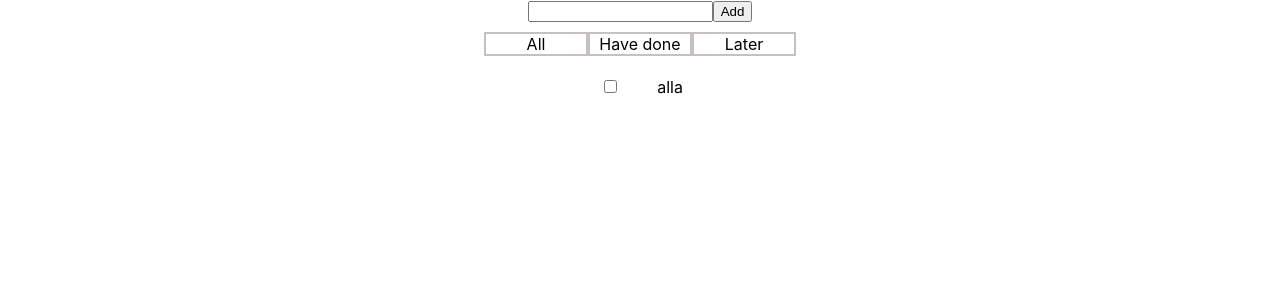
Repository: yurensmile/todolist
Page: /
These files come from the project's save history. The page is drawn as it stood at one moment and after the next save; the edit follows.
The browser window is 1280 px wide. The pictures show the whole page.
The project was rebuilt for these pictures with package versions that can differ from the ones it lists, and the page was loaded fresh each time. Also part of the build but not shown: src/HaveDone.js, src/Later.js.

Above is the page before, as saved 2019-03-20 10:17:24.

### src/App.js
import React, { Component } from 'react';
import Todos from './Todos'
import './App.css';

class App extends Component {

  constructor() {
    super();
    this.state={
      inputValue: '',
      laters: ["laters"],
      havedones: ['havedone', 'havedone2'],
      all: ["alla"],
      checked: false,
      id: 1
    };
    this.updateArray =this.updateArray.bind(this);
  }

  handleOnClick() {
    this.setState(state =>{
      const all = state.all.concat(state.inputValue);
      const laters = state.laters.concat(state.inputValue);
      return {
        all,
        laters,
        inputValue: ""
      }
    })
    console.log(this.state.all);
  }
  updateInputValue(e) {
    this.setState({
      inputValue: e.target.value
    })
  }

// 点击了todo 列表的内容
  handleTodoOnclick(checked, e) {
// if e.target is not text
    let box = e.target.previousSibling;
    this.setState((preState)=>{
      return {checked: !preState.checked}
    })
    if(checked){
      e.target.style.textDecoration = 'none';
      box.checked = false;
    }else{
      e.target.style.textDecoration = 'line-through';
      box.checked = true;
    }
  }
// 点击了三栏内容
  contentOnclick(e) {
    let choice = e.target.innerHTML;
    this.setState((preState)=>{
      switch(choice){
        case "All": return {id: 1};
        case "Have done": return {id: 2};
        case "Later": return {id: 3};
        default: return {id:1};
      }
    })
  }
// 更细数组内容
  updateArray(index) {
    console.log(index);
    this.setState(state => {
      let deletedItem = state.all[index];
      let havedones = state.havedones.concat(deletedItem);
      return{
        havedones: havedones
      }
    })
  }


  render() {
    return (
      <div className="App">
        <input type="text" name="todo" value={this.state.inputValue} onChange={this.updateInputValue.bind(this)}/>
        <button onClick={this.handleOnClick.bind(this)}>Add</button><br/>
        <div id="content" onClick={this.contentOnclick.bind(this)}>
          <div className="choice">All</div>
          <div className="choice">Have done</div>
          <div className="choice">Later</div>
        </div>
        {/* 列表内容 */}
        <Todos
        id={this.state.id}
        laters={this.state.laters}
        havedones={this.state.havedones}
        all={this.state.all}
        update={this.updateArray}/>
        {/* <ul>
          {this.state.all.map((item, index)=>{
            return (
              <div onClick={this.handleTodoOnclick.bind(this, this.state.checked)}>
                <input className="toggle" type="checkbox"/>
                <li key={index}>{item}</li>
              </div>
            )
          })}
        </ul> */}
      </div>
    );
  }
}

export default App;

### src/Todos.js
import React, { Component } from 'react';
import All from './All'
import HaveDone from './HaveDone'
import Later from './Later'



class Todos extends Component{

  render(){
    return(
      <div>
        {
          (()=>{
            switch(this.props.id){
              case 1: return <All all={this.props.all} update={this.props.update}/>;
              case 2: return <HaveDone havedones={this.props.havedones}/>;
              case 3: return <Later laters={this.props.laters}/>
              default: console.log("sofunny");
            }

          })()}
      </div>
    )
  }
}
export default Todos;

### src/App.css
.App {
  text-align: center;
}
ul{
  list-style-type: none;
}
li{
  display: inline-block;
  width: 100px;
  height: 40px;
  /* border: 1px solid rgba(143, 121, 121, 0.1); */
  line-height: 30px;
  height: 30px;
  margin-bottom: 4px;
}
.choice{
  margin-top: 10px;
  display: inline-block;
  width: 100px;
  text-align: center;
  border:2px solid rgb(197, 193, 193);
}
.toggle{
  display: inline-block;
}
.App-link {
  color: #61dafb;
}

### src/All.js
import React, { Component } from 'react';
class All extends Component{

  constructor(props){
    super(props);
    this.state = {
      checked: false,
    };
  }
// 点击了todo 列表的内容
  handleTodoOnclick(checked, index, e){
  // if e.target is not text
      let box = e.target.previousSibling;
      this.setState((preState)=>{
        return {checked: !preState.checked}
      });
      if(checked){
        e.target.style.textDecoration = 'none';
        box.checked = false;
      }else{
        e.target.style.textDecoration = 'line-through';
        box.checked = true;
      }
      this.props.update(index);
    }

  render(){
    return (
      <ul>
          {this.props.all.map((item,index)=>{
            return (
              <div onClick={
                this.handleTodoOnclick.bind(this, this.state.checked, index)
                }>
                <input className="toggle" type="checkbox"/>
                <li key={index}>{item}</li>
              </div>
            )
          })}
      </ul>
    )
  }
}

export default All;

Loaded but not shown: public/index.html (common file); src/index.js (common file); src/index.css (common file); src/serviceWorker.js (common file)

After the next save:
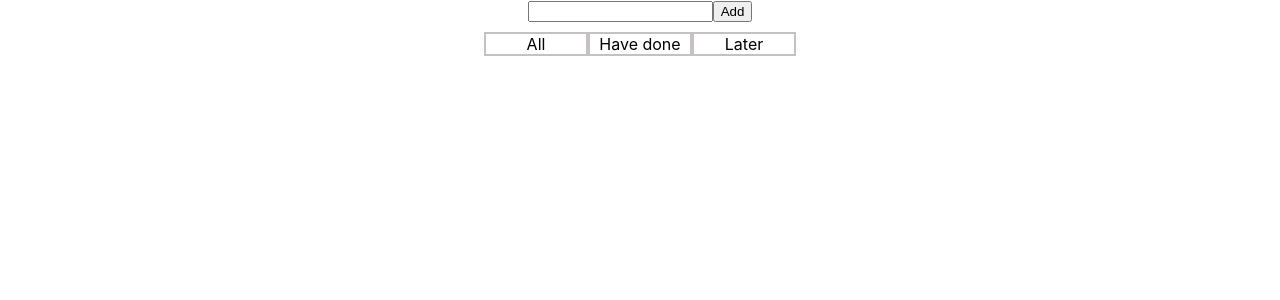
Saved 17 s later.
--- a/src/App.js
+++ b/src/App.js
@@ -8,9 +8,9 @@ class App extends Component {
     super();
     this.state={
       inputValue: '',
-      laters: ["laters"],
-      havedones: ['havedone', 'havedone2'],
-      all: ["alla"],
+      laters: [],
+      havedones: [],
+      all: [],
       checked: false,
       id: 1
     };
